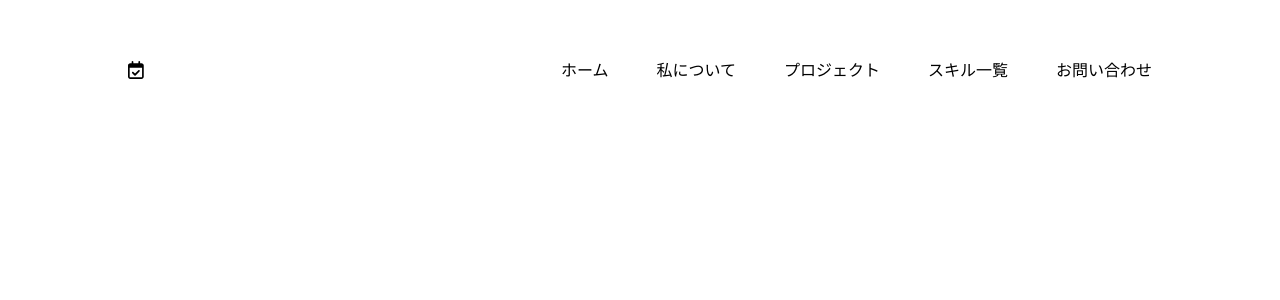
Repository: n-yoshikawa00/reactfolio
Page: /
The author's editor kept a copy of each file at every save. The page is drawn from the files as they stood at one save, then again after the next save.
The browser window is 1280 px wide. The pictures show the whole page.
The project was rebuilt for these pictures with package versions that can differ from the ones it lists, and the page was loaded fresh each time. Also part of the build but not shown: vite.config.js.

Above is the page before, as saved 2024-10-16 20:24:24.

### index.html
<!DOCTYPE html>
<html lang="en">
  <head>
    <meta charset="UTF-8" />
    <link rel="icon" type="image/svg+xml" href="/vite.svg" />
    <meta name="viewport" content="width=device-width, initial-scale=1.0" />
    <title>ポートフォリオ</title>
    <link rel="preconnect" href="https://fonts.googleapis.com" />
    <link rel="preconnect" href="https://fonts.gstatic.com" crossorigin />
    <link
      href="https://fonts.googleapis.com/css2?family=Noto+Serif+JP:wght@200..900&display=swap"
      rel="stylesheet"
    />
  </head>
  <body>
    <div id="root"></div>
    <script type="module" src="/src/main.jsx"></script>
  </body>
</html>

### src/App.jsx
import { useState } from "react";
import reactLogo from "./assets/react.svg";
import viteLogo from "/vite.svg";
import "./App.css";
import { FontAwesomeIcon } from "@fortawesome/react-fontawesome";
import { faCalendarCheck } from "@fortawesome/free-solid-svg-icons";
import Todo from "./components/Todo";
import "./index.css";

const App = () => (
  <header class="py-6">
    <div class="container mx-auto flex justify-between items-center px-8 md:px-14 lg:px-24 w-full">
      <div class="text-lg font-bold items-center">
        <Todo />
      </div>
      <div class="space-x-12 hidden md:flex items-center">
        <a
          href="#home"
          class="hover:text-selectedText transition-all duration-300"
        >
          ホーム
        </a>
        <a
          href="#about"
          class="hover:text-selectedText transition-all duration-300"
        >
          私について
        </a>
        <a
          href="#portfolio"
          class="hover:text-selectedText transition-all duration-300"
        >
          プロジェクト
        </a>
        <a
          href="#skills"
          class="hover:text-selectedText transition-all duration-300"
        >
          スキル一覧
        </a>
        <a
          href="#contact"
          class="hover:text-selectedText transition-all duration-300"
        >
          お問い合わせ
        </a>
      </div>
      <div class="md:hidden hover:text-selectedText transition-all duration-300">
        <button id="barbutton" type="button" class="fixed top-6 right-6 z-10">
          <i id="bars" class="fa-solid fa-bars"></i>
        </button>
      </div>
      <ul
        id="menu"
        class="fixed top-0 left-0 z-0 w-full translate-x-full bg-gray-500 opacity-50 text-center font-bold text-white transition-all ease-linear"
      >
        <li class="p-1">
          <a href="#home">ホーム</a>
        </li>
        <li class="p-1">
          <a href="#about">私について</a>
        </li>
        <li class="p-1">
          <a href="#portfolio">プロジェクト</a>
        </li>
        <li class="p-1">
          <a href="#skills">スキル一覧</a>
        </li>
        <li class="p-1">
          <a href="#contact">お問い合わせ</a>
        </li>
      </ul>
    </div>
  </header>
);

export default App;

### src/index.css
@tailwind base;
@tailwind components;
@tailwind utilities;

html,
body {
  scroll-behavior: smooth;
}

.secondary-title {
  @apply text-3xl font-bold;
}

.secondary-title::before {
  content: "";
  @apply block w-12 h-2 bg-selectedText rounded-full mb-1;
}

.section-paragraph {
  @apply text-secondary my-6 w-full max-w-3xl;
}

.badge {
  @apply px-4 py-2 text-sm bg-badge rounded-md;
}

### src/components/Todo.jsx
import ReactDOM from "react-dom";
import { FontAwesomeIcon } from "@fortawesome/react-fontawesome";
import { faCalendarCheck } from "@fortawesome/free-regular-svg-icons";

// const element = <FontAwesomeIcon icon={byPrefixAndName.fas["house"]} />;
const element = <FontAwesomeIcon icon={faCalendarCheck} />;

const Todo = () => {
  return <a href="#">{element}</a>;
};

export default Todo;

### tailwind.config.js
/** @type {import('tailwindcss').Config} */
export default {
  content: ["*.{html,js}", "./src/**/*.{js,jsx}"],
  theme: {
    extend: {
      colors: {
        //基本色
        body: "#ebe7e0",
        //選択時の色
        selectedText: "#A9A9A9",
        secondary: "#9191A4",
        badge: "#FFCC66",
        inputBorder: "#565666",
        input: "#2A2A2A",
      },
    },
    fontFamily: {
      NotoSerifJP: ["Noto Serif JP", "serif"],
    },
  },
  plugins: [],
};

Loaded but not shown: src/main.jsx (common file); src/App.css (common file)

After the next save:
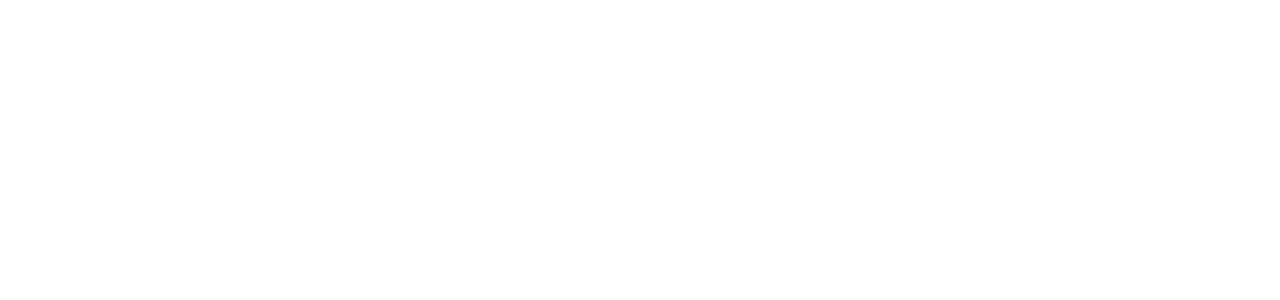
Console error (its wording comes from the project's code and is left out).
Saved 58 s later.
--- a/index.html
+++ b/index.html
@@ -12,7 +12,7 @@
       rel="stylesheet"
     />
   </head>
-  <body>
+  <body class="font-NotoSerifJP>
     <div id="root"></div>
     <script type="module" src="/src/main.jsx"></script>
   </body>

After the save that followed:
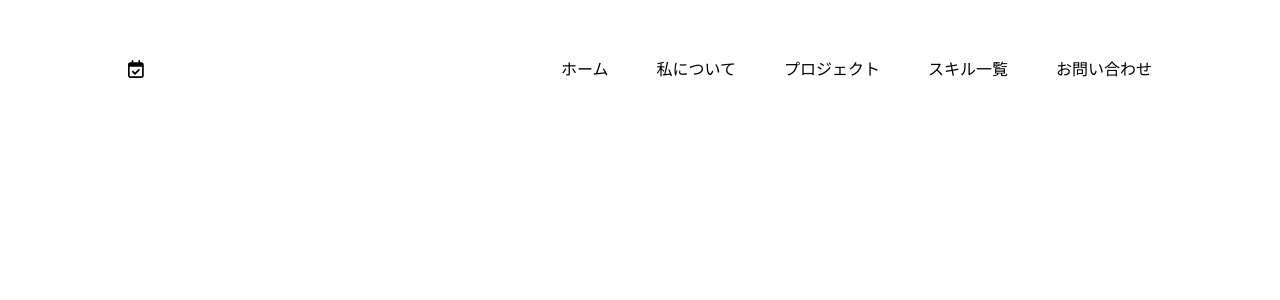
The error is gone.
Saved 17 s later.
--- a/index.html
+++ b/index.html
@@ -12,7 +12,7 @@
       rel="stylesheet"
     />
   </head>
-  <body class="font-NotoSerifJP>
+  <body class="font-NotoSerifJP">
     <div id="root"></div>
     <script type="module" src="/src/main.jsx"></script>
   </body>
